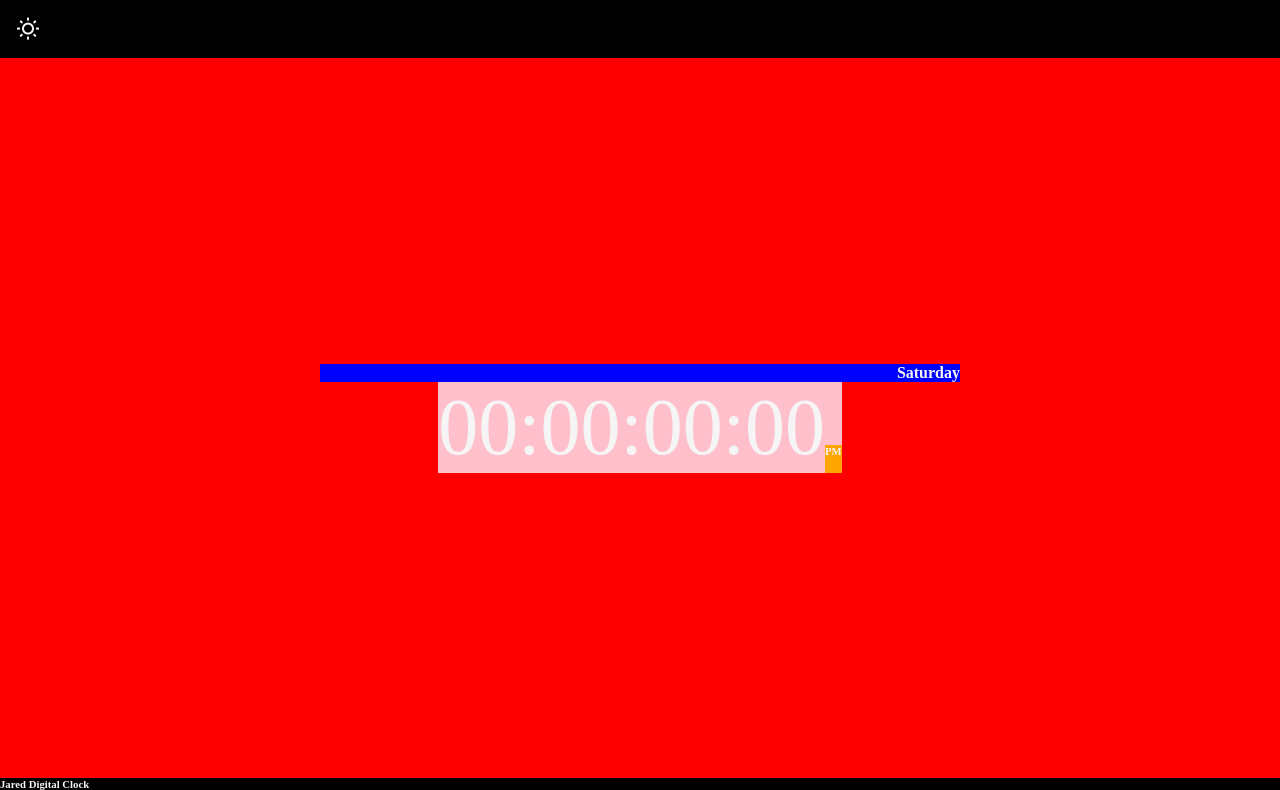
Repository: EguJaredoBoyd/Jared-Digital-Clock
Page: index.html
An editor plug-in stored every save of this project. The page is shown before and after the next save, followed by the edit.
The browser window is 1280 px wide. The pictures show the whole page.
Some web libraries are served in a nearby version.

Above is the page before, as saved 2026-01-03 23:39:12.

After the next save:
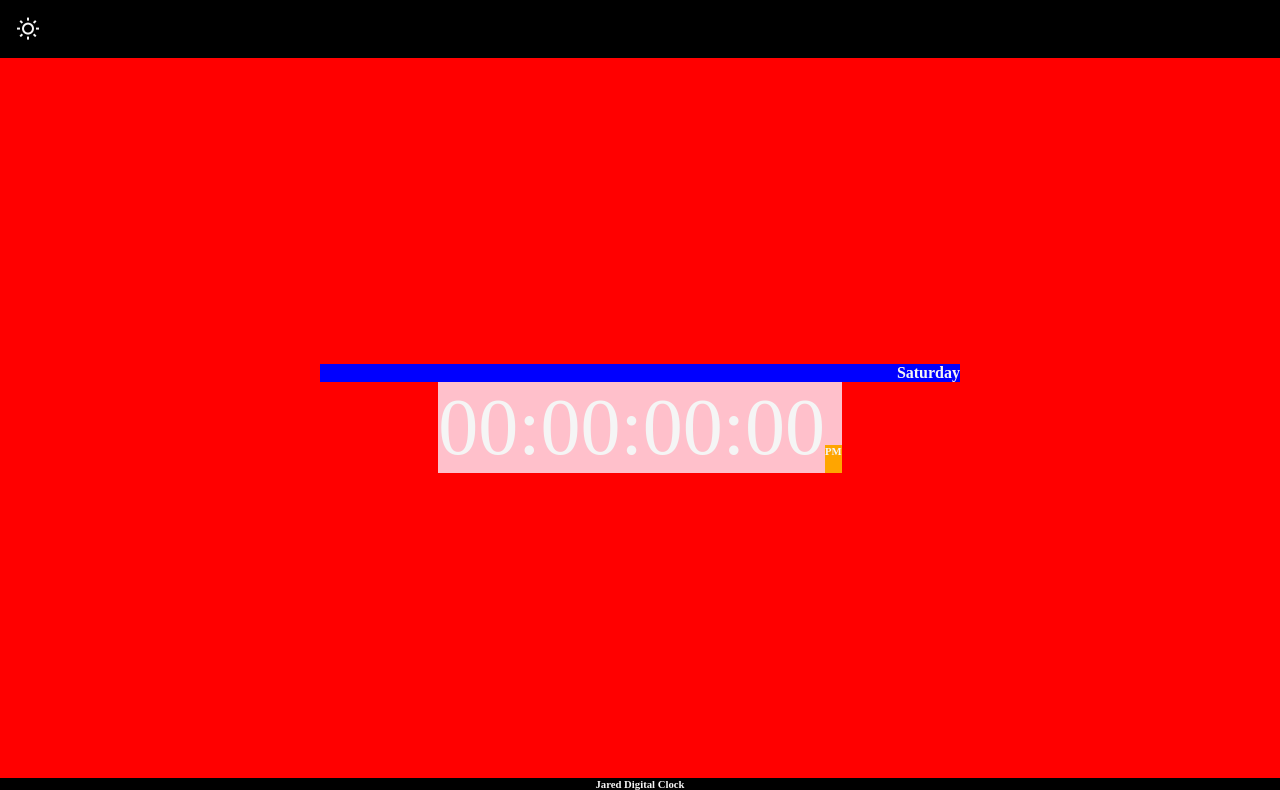
Saved 30 s later.
--- a/css/styles.css
+++ b/css/styles.css
@@ -57,3 +57,7 @@ header button i {
   align-self: self-end;
   padding-bottom: 1rem;
 }
+
+footer h6 {
+  text-align: center;
+}
